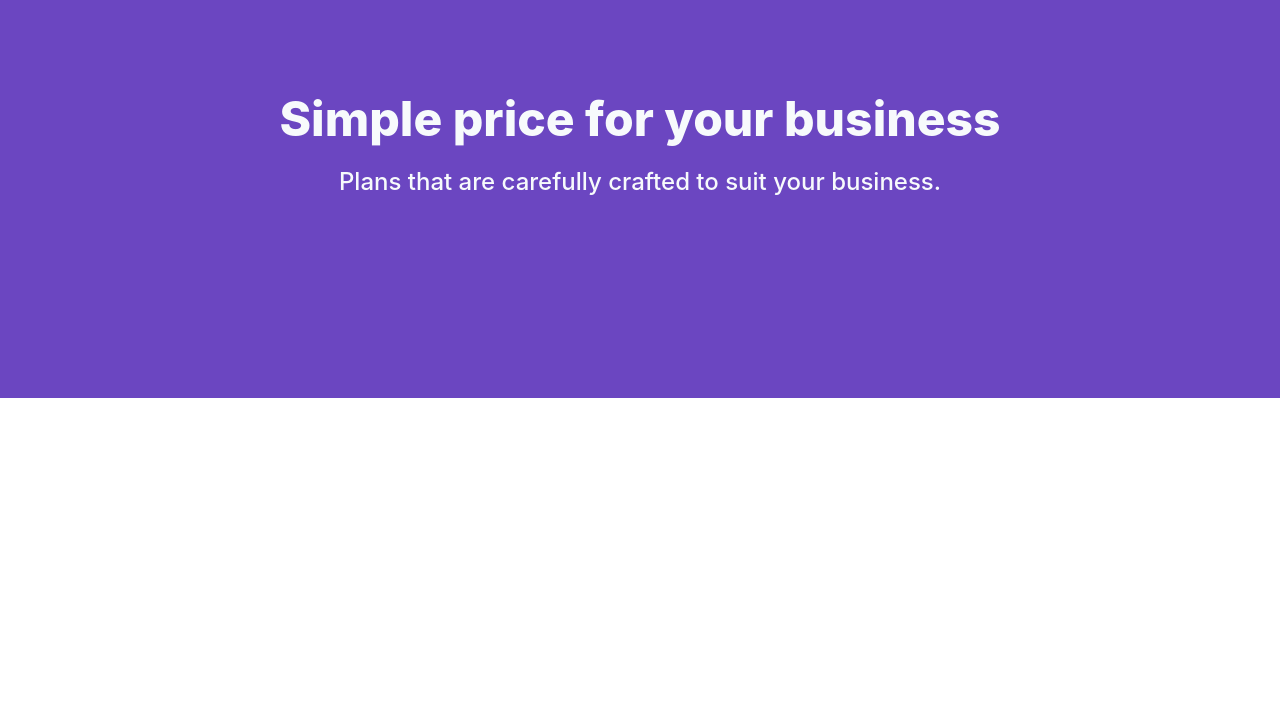
Repository: noutijo/learn-in-depth-chakra-ui
Page: /
These files come from the project's save history. The page is drawn as it stood at one moment and after a run of saves; the edit follows.
The browser window is 1280 px wide. The pictures show the whole page.
The project was rebuilt for these pictures with package versions that can differ from the ones it lists, and the page was loaded fresh each time. Also part of the build but not shown: vite.config.ts.

Above is the page before, as saved 2023-01-30 15:13:10.

After the next 4 saves:
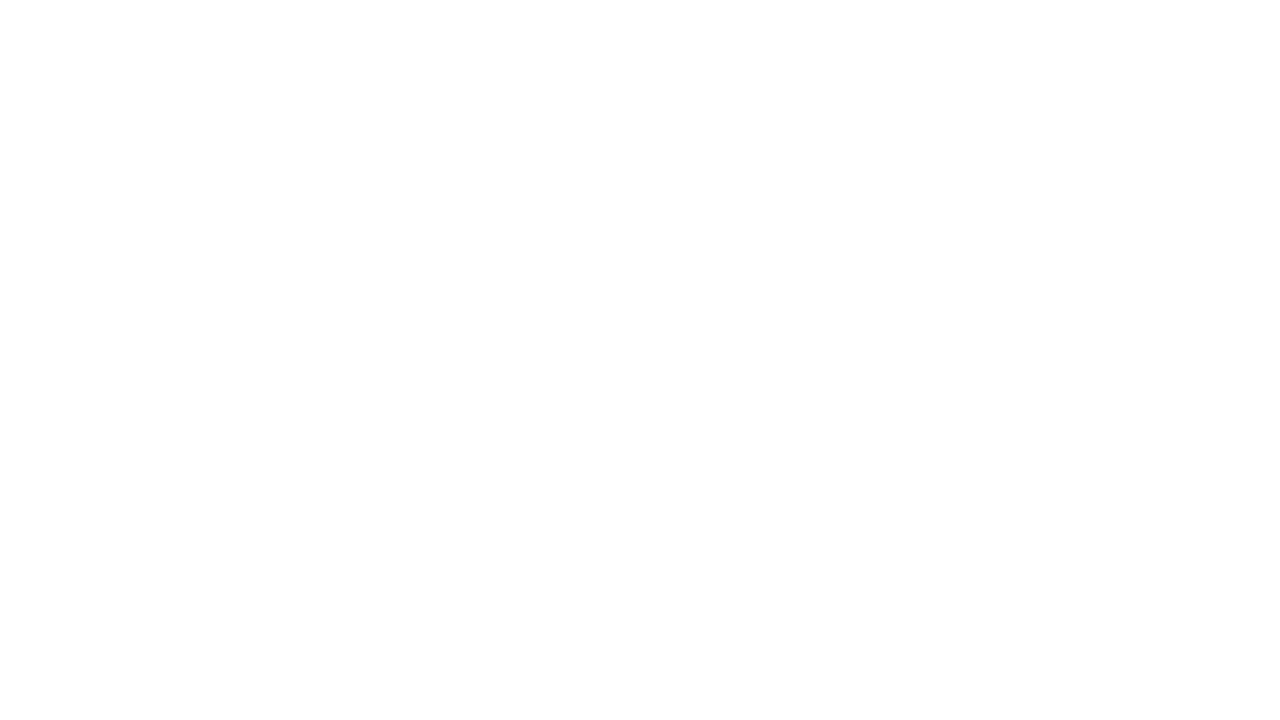
Console error: ReferenceError: Pricing is not defined
The 4 saves are shown as one change because 2 did not build or start and some came seconds apart.
The last was saved 17 s later.
--- a/src/App.tsx
+++ b/src/App.tsx
@@ -1,13 +1,15 @@
 //import './App.css'
 import "./App.css";
 import { Box, Flex, Stack, VStack, HStack } from "@chakra-ui/react";
-import { Header , Pricing} from "./components/Header";
+import { Header , } from "./components/Header";
+import { Header } from "./components/Header";
 
 export default function App() {
   return (
     <div className="App">
       <Box>
         <Header />
+        <Pricing />
       </Box>
     </div>
   );

After the 4 saves that followed:
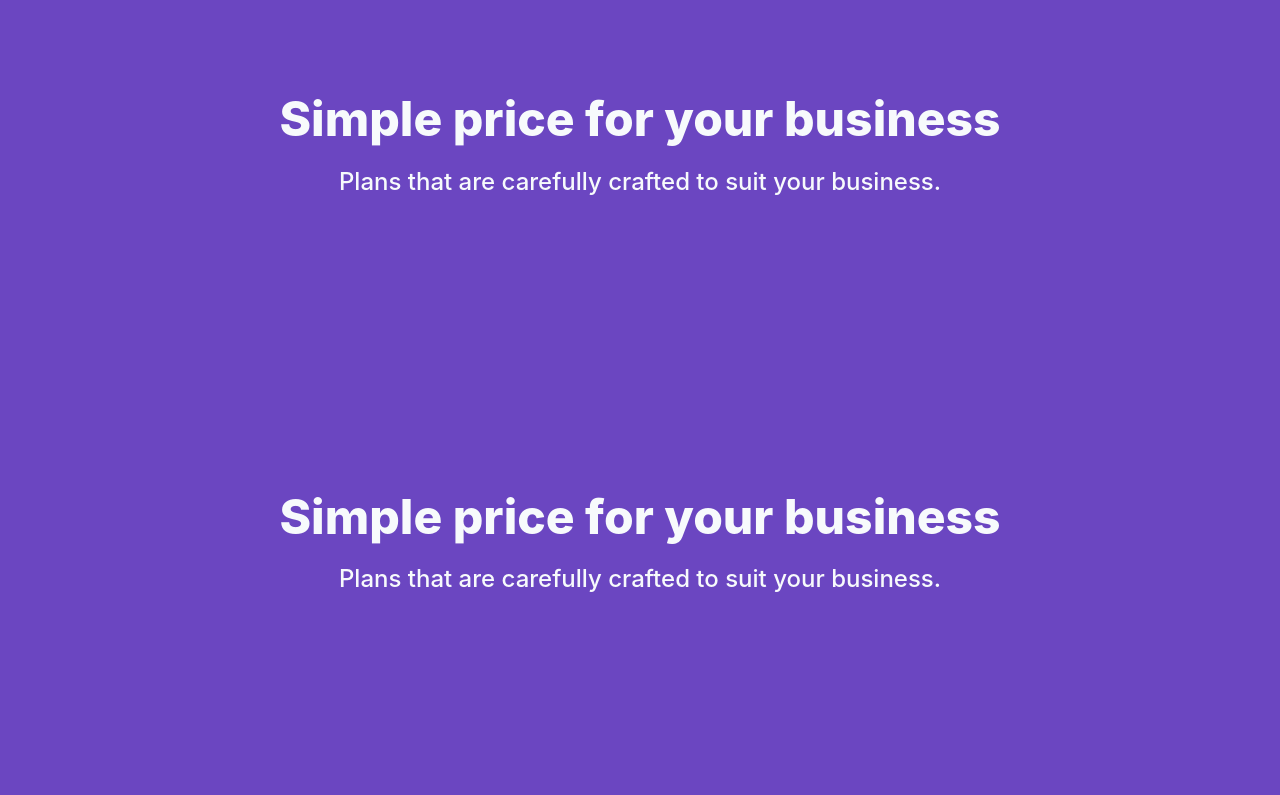
The error is gone.
The 4 saves are shown as one change because 1 did not build or start and some came seconds apart.
The last was saved 10 min 47 s later.
--- a/src/App.tsx
+++ b/src/App.tsx
@@ -1,8 +1,8 @@
 //import './App.css'
 import "./App.css";
 import { Box, Flex, Stack, VStack, HStack } from "@chakra-ui/react";
-import { Header , } from "./components/Header";
-import { Header } from "./components/Header";
+import { Header  } from "./components/Header";
+import { Pricing } from "./components/Pricing";
 
 export default function App() {
   return (
--- a/src/components/Pricing.tsx
+++ b/src/components/Pricing.tsx
@@ -1,7 +1,7 @@
 //import './App.css'
 import { Box, Heading, Text, Flex } from "@chakra-ui/react";
 
-export function Princing() {
+export function Pricing() {
   return (
     <Box as="section" color="#F7FAFC" bg="#6b46c1" pt="90px" pb="198px" px="32px">
       <Heading fontWeight={800} fontSize={"48px"}>
